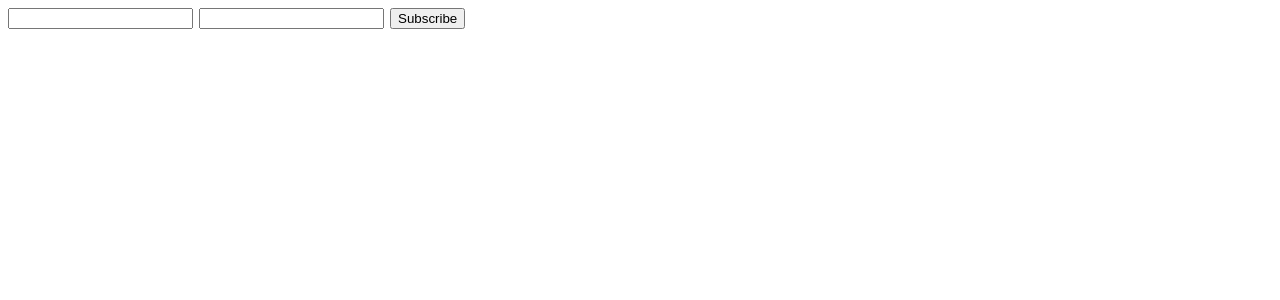
Repository: dinhhaidh/slider-book
Page: index.html
The author's editor kept a copy of each file at every save. The page is drawn from the files as they stood at one save, then again after a run of saves.
The browser window is 1280 px wide. The pictures show the whole page.

Above is the page before, as saved 2024-01-15 10:26:32.

After the next 5 saves:
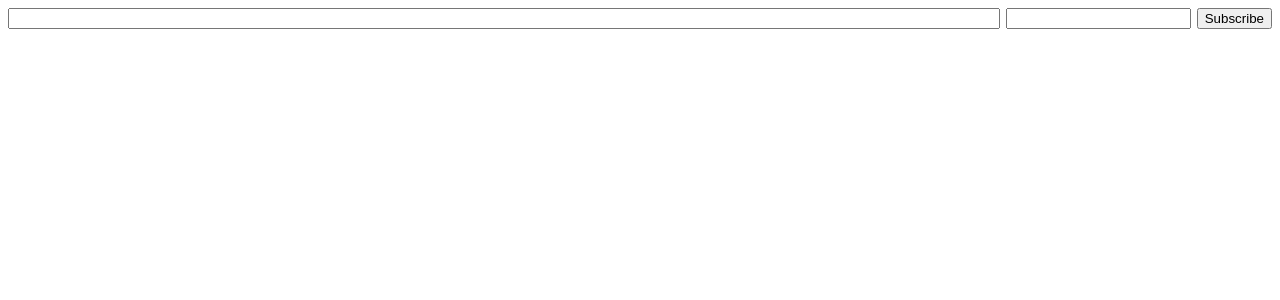
The 5 saves are shown as one change because they came seconds apart.
The last was saved 15 s later.
--- a/index.html
+++ b/index.html
@@ -11,7 +11,9 @@
         flex-wrap: wrap;
         gap: 6px;
     }
-
+    .name{
+        flex: 1
+    }
 </style>
 <body>
     <form action="">
